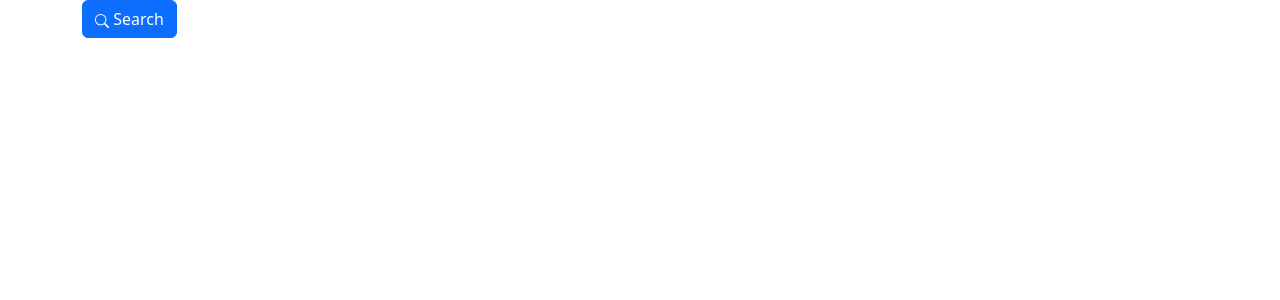
Repository: lemoueno/programme_dev_fullstack
Page: bootstrap/icons/icons.html
These files come from the project's save history. The page is drawn as it stood at one moment and after the next save; the edit follows.
The browser window is 1280 px wide. The pictures show the whole page.

Above is the page before, as saved 2023-12-03 18:51:54.

### bootstrap/icons/icons.html
<html lang="en">
<head>
    <meta charset="UTF-8">
    <meta name="viewport" content="width=device-width, initial-scale=1.0">
    <link href="https://cdn.jsdelivr.net/npm/bootstrap@5.3.2/dist/css/bootstrap.min.css" rel="stylesheet" integrity="sha384-T3c6CoIi6uLrA9TneNEoa7RxnatzjcDSCmG1MXxSR1GAsXEV/Dwwykc2MPK8M2HN" crossorigin="anonymous">
    <script src="https://cdn.jsdelivr.net/npm/bootstrap@5.3.2/dist/js/bootstrap.bundle.min.js" integrity="sha384-C6RzsynM9kWDrMNeT87bh95OGNyZPhcTNXj1NW7RuBCsyN/o0jlpcV8Qyq46cDfL" crossorigin="anonymous"></script>
    <link rel="stylesheet" href="https://cdn.jsdelivr.net/npm/bootstrap-icons@1.11.2/font/bootstrap-icons.min.css">
    <title>Document</title>
</head>
<body>
    <div class="container">
        <button type="button" class="btn btn-primary"> <svg xmlns="http://www.w3.org/2000/svg" width="14" height="14" fill="currentColor" class="bi bi-search" viewBox="0 0 16 16">
            <path d="M11.742 10.344a6.5 6.5 0 1 0-1.397 1.398h-.001c.03.04.062.078.098.115l3.85 3.85a1 1 0 0 0 1.415-1.414l-3.85-3.85a1.007 1.007 0 0 0-.115-.1zM12 6.5a5.5 5.5 0 1 1-11 0 5.5 5.5 0 0 1 11 0"/>
          </svg> Search</button>


    </div>
</body>
</html>

After the next save:
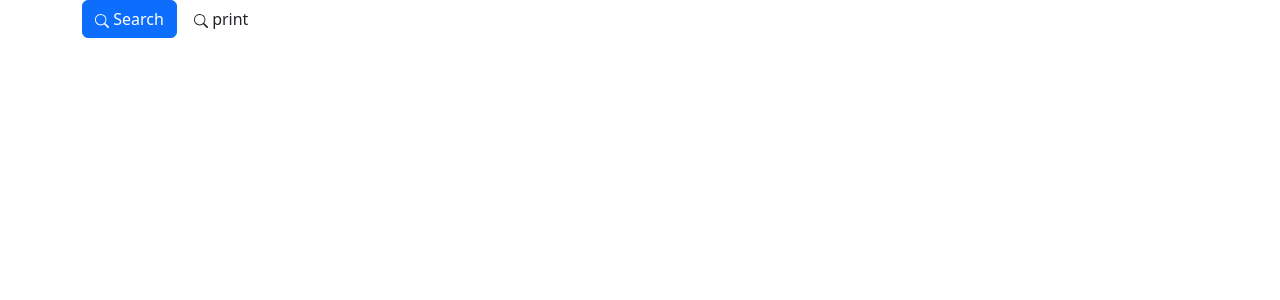
Saved 96 s later.
--- a/bootstrap/icons/icons.html
+++ b/bootstrap/icons/icons.html
@@ -12,6 +12,9 @@
         <button type="button" class="btn btn-primary"> <svg xmlns="http://www.w3.org/2000/svg" width="14" height="14" fill="currentColor" class="bi bi-search" viewBox="0 0 16 16">
             <path d="M11.742 10.344a6.5 6.5 0 1 0-1.397 1.398h-.001c.03.04.062.078.098.115l3.85 3.85a1 1 0 0 0 1.415-1.414l-3.85-3.85a1.007 1.007 0 0 0-.115-.1zM12 6.5a5.5 5.5 0 1 1-11 0 5.5 5.5 0 0 1 11 0"/>
           </svg> Search</button>
+          <button type="button" class="btn btn-sucess"> <svg xmlns="http://www.w3.org/2000/svg" width="14" height="14" fill="currentColor" class="bi bi-search" viewBox="0 0 16 16">
+            <path d="M11.742 10.344a6.5 6.5 0 1 0-1.397 1.398h-.001c.03.04.062.078.098.115l3.85 3.85a1 1 0 0 0 1.415-1.414l-3.85-3.85a1.007 1.007 0 0 0-.115-.1zM12 6.5a5.5 5.5 0 1 1-11 0 5.5 5.5 0 0 1 11 0"/>
+          </svg> print</button>
 
 
     </div>
